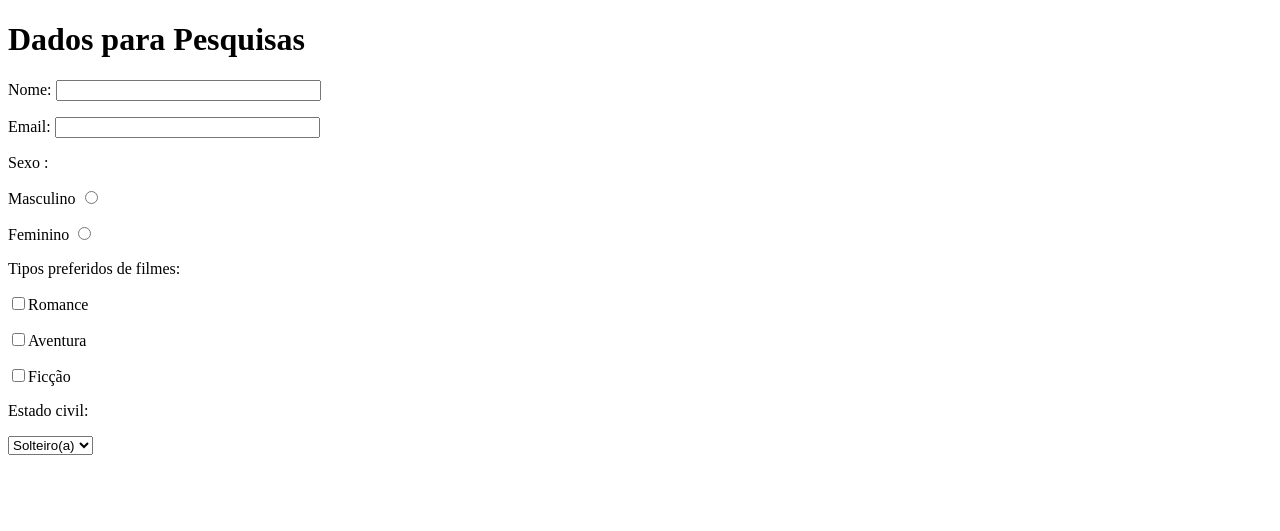
Repository: Marcelinalima/Java_JSP
Page: projeto_pesquisa/src/main/webapp/inserirPesquisa.html
An editor plug-in stored every save of this project. The page is shown before and after the next save, followed by the edit.
The browser window is 1280 px wide. The pictures show the whole page.

Above is the page before, as saved 2023-04-13 13:16:37.

### projeto_pesquisa/src/main/webapp/inserirPesquisa.html
<!DOCTYPE html>
<html>
<head>
<meta charset="UTF-8">
<title>Dados de Pesquisa</title>
</head>
<body>

   <h1> Dados para Pesquisas</h1>

  <form action=" /projeto_pesquisa/PesquisaInclusãoServlet" method="post">
     <p>Nome: <input type="text" name="p_nome" size="30" /></p>
     <p>Email: <input type="email" name="p_email" size="30" /></p>


     <p> Sexo : </p>
     <p>Masculino  <input type="radio" name="p_sexo" value="masculino" /></p>
     <p>Feminino  <input type="radio" name="p_sexo" value="feminino" /></p>

     <p> Tipos preferidos de filmes: </p>
     <p> <input type="checkbox" name="p_ck1" value="romance" />Romance</p>
     <p> <input type="checkbox" name="p_ck2" value="aventura" />Aventura</p>
     <p> <input type="checkbox" name="p_ck2" value="Ficção" />Ficção</p>

     <p> Estado civil: </p>
     <select name="p_estadoCivil">
        <option value="solteiro(a)">Solteiro(a)</option>
        <option value="casado(a)">Casado(a)</option>
        <option value="viuvo(a)">Viuvo(a)</option>


     </select>


   </form>

</body>
</html>

After the next save:
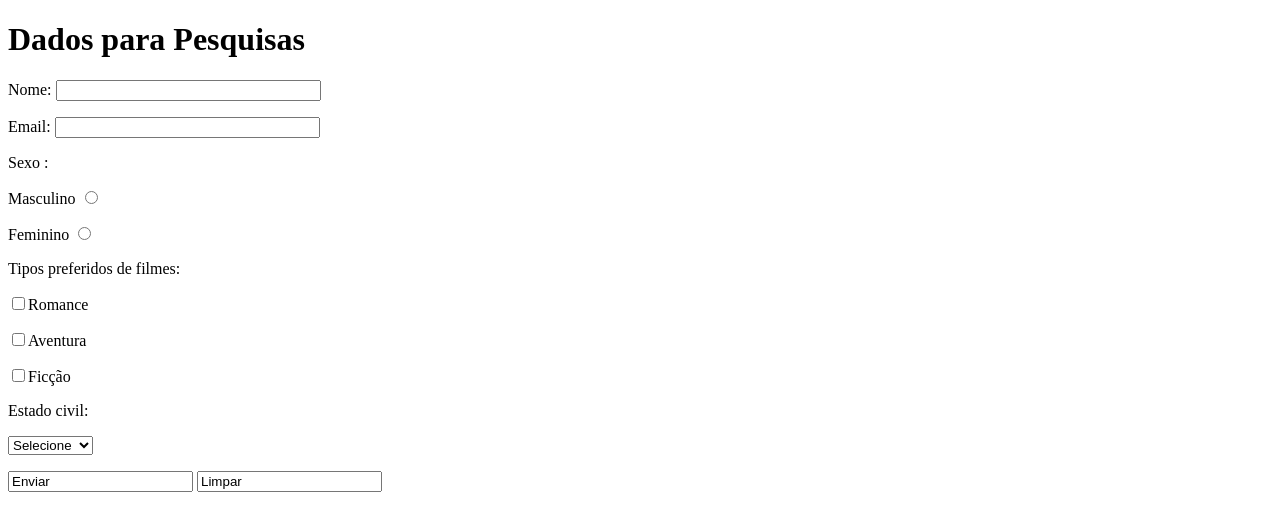
Saved 6 min 58 s later.
--- a/projeto_pesquisa/src/main/webapp/inserirPesquisa.html
+++ b/projeto_pesquisa/src/main/webapp/inserirPesquisa.html
@@ -24,12 +24,19 @@
 
      <p> Estado civil: </p>
      <select name="p_estadoCivil">
+        <option selected="selected">Selecione</option>
         <option value="solteiro(a)">Solteiro(a)</option>
         <option value="casado(a)">Casado(a)</option>
         <option value="viuvo(a)">Viuvo(a)</option>
 
+     </select>
 
-     </select>
+       <p>
+
+         <input type="submit " value="Enviar"/>
+         <input type="reset " value="Limpar"/>
+
+       </p>
 
 
    </form>
